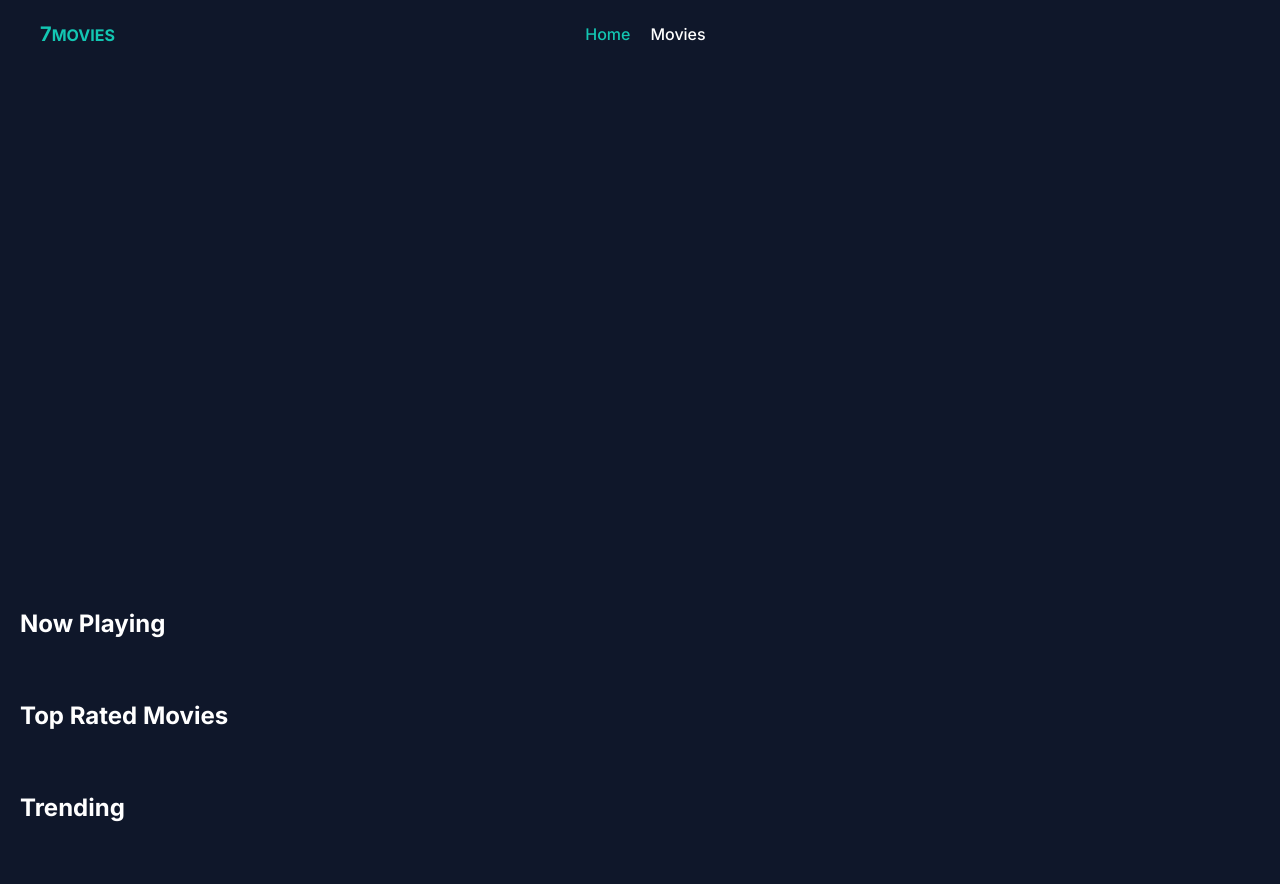
Repository: ajincome26/trailer-movies
Page: /
These files come from the project's save history. The page is drawn as it stood at one moment and after the next save; the edit follows.
The browser window is 1280 px wide. The pictures show the whole page.
The page's requests for data from a server got no answer. The project was rebuilt for these pictures with package versions that can differ from the ones it lists, and the page was loaded fresh each time. No one was signed in, and anything a server would have sent is missing. Also part of the build but not shown: vite.config.js, src/utils/icons.jsx, src/components/banner/BannerItem.jsx, src/components/movie/MovieCard.jsx, src/hooks/useDebounce.jsx, src/pages/MoviePage.jsx, src/pages/MovieDetailsPage.jsx.

Above is the page before, as saved 2023-04-01 23:21:11.

After the next save:
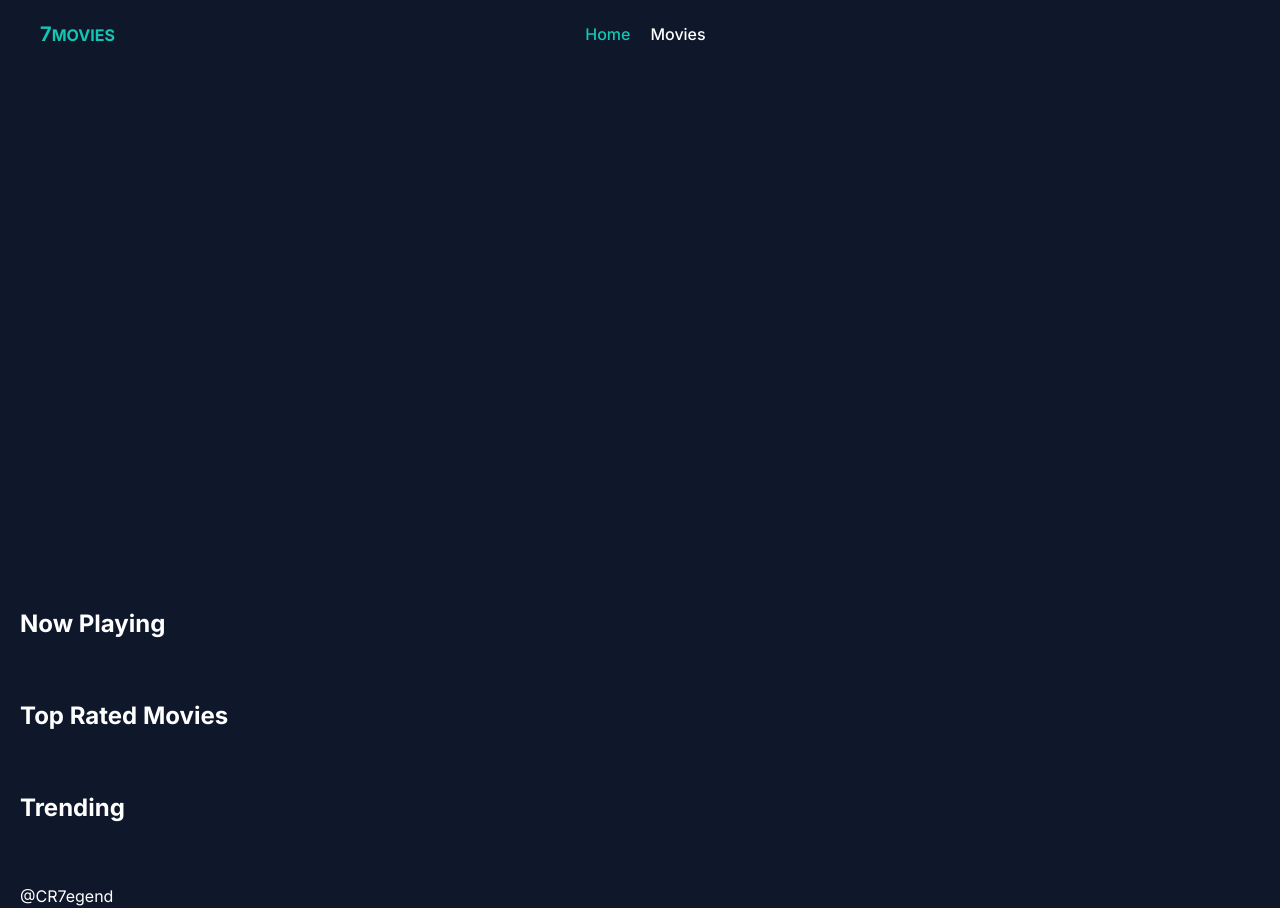
Saved 52 s later.
--- a/src/pages/HomePage.jsx
+++ b/src/pages/HomePage.jsx
@@ -25,6 +25,8 @@ const HomePage = () => {
         <h2 className="capitalize text-2xl font-bold mt-10 mb-5">Trending</h2>
         <MovieList type="popular" />
       </section>
+
+      <div>@CR7egend</div>
     </Fragment>
   );
 };
